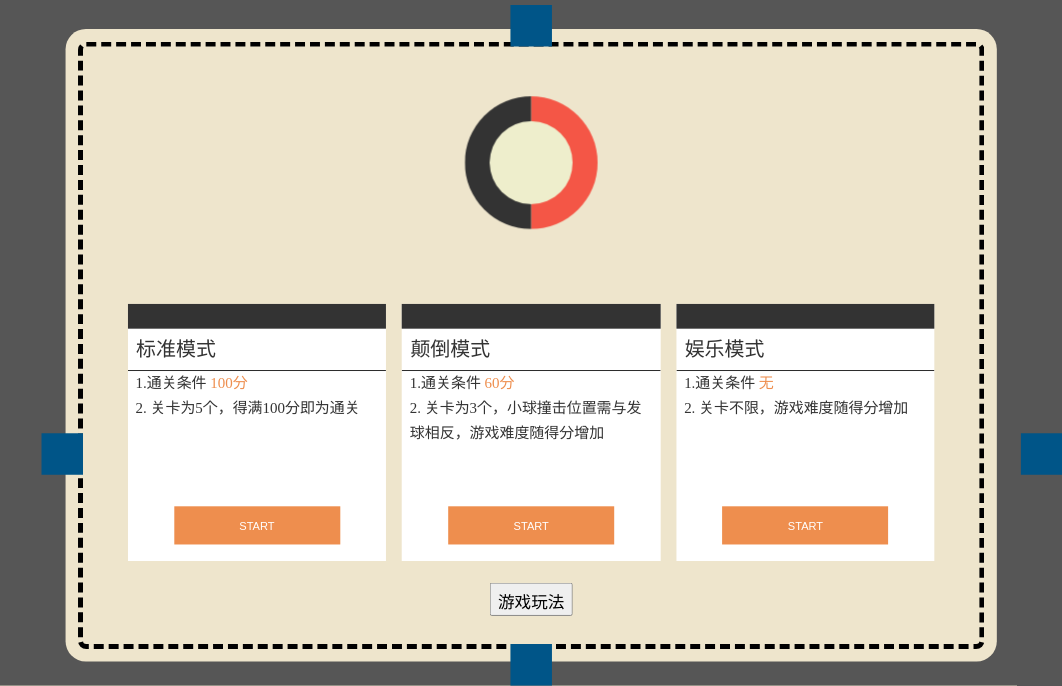
Repository: EEETA/ball-game
Page: theBall2/index.html
The author's editor kept a copy of each file at every save. The page is drawn from the files as they stood at one save, then again after the next save.
The browser window is 1280 px wide. The pictures show the whole page, at 83% of full size.

Above is the page before, as saved 2018-08-02 16:22:56.

### theBall2/index.html
<!DOCTYPE html>
<html lang="en">
<head>
    <meta charset="UTF-8">
    <title>theBall</title>
	<link rel="stylesheet" href="style/index.css">
    <script src="js/jquery-1.8.3.min.js"></script>
	<script src="js/jquery.rotate.min.js"></script>
</head>
<body>
    <section class="box">
        <!-- 旋转div -->
        <section class="ball ballZhuan">
            <div class="redPart_box">
                <div class="redPart"></div>
            </div>
            <div class="blackPart_box">
                <div class="blackPart"></div>
            </div>
            <div class="middlePart"></div>
        </section>
        <div class="ball2"></div>

        <section class="idx_pattern">
            <!-- 主界面-游戏模式 -->
        </section>
        <section class="idx_intro">
            <!-- 主界面-游戏玩法 -->
        </section>

        <section class="game_mask">
        <!-- 游戏界面-娱乐模式遮罩提示层 -->
        </section>
        <div class="arrow">
            <!-- 升级效果 -->
        </div>
        <section class="game_shootBox">
            <!-- 游戏界面-小球发射 -->
        </section>
        <section class="game_fraction">
            <!-- 游戏界面-分数血量显示 -->
        </section>
        <section class="game_hanlder">
            <!-- 游戏界面-结束模块 -->
        </section>
    </div>

    <script src="data/data.js"></script>
    <script>
        const patternLen = pattern.length;
        const idxPattern = document.querySelector('.idx_pattern');
        const idxIntro = document.querySelector('.idx_intro');
        const gameShootBox = document.querySelector('.game_shootBox');
        const gameFraction = document.querySelector('.game_fraction');
        const gameHanlder = document.querySelector('.game_hanlder');
        const gameMask = document.querySelector('.game_mask');
        var my=[];
        /*主界面-游戏模式*/
        for(var i=0;i<patternLen;i++){
            let idxPatternMain=`<div class="playWrap">
                                    <div class="playTit"> ${pattern[i].patternName} </div>
                                    <div class="playIntroduce">
                                        <div class="playIntroduceTxt">1.通关条件 <span style="color:#EE8E4E"> ${pattern[i].explain.condition} </span></div>
                                        <div class="playIntroduceTxt">2. ${pattern[i].explain.produce} </div>
                                    </div>
                                    <button class="start">START</button>
                                </div>`
            idxPattern.innerHTML+=idxPatternMain;
        }
        /*主界面-游戏玩法*/
        let produceTxt=`<div class="introTxt">
                            <div>
                                1.按空格键/AD可旋转 <img src="img/img1.png" alt="" class="sizeOne">
                            </div>
                            <div>
                                2.当<img src="img/img2.png" alt="" class="sizeOne">掉落时,根据模式将 <img src="img/img1.png" alt="" class="sizeOne"> 旋转到对应的颜色即可得1分,反之<span style="color:red">HP-1</span>
                            </div>
                            <div>
                                3.进入游戏后，每个玩家血量为5,右上角为分数面板 <img src="img/img3.png" alt="" class="sizeTwo"> 左侧为当前分数,右侧为当前关卡上限,分数达到上限即可进入下一关
                            </div>
                        </div>
                        <button class="introTxtBtn">游戏玩法</button>`
        idxIntro.innerHTML=produceTxt;



        /*游戏界面-小球发射*/
        let gameShootBoxMain=`<div class="top">
                                    <div class="div_middle"></div>
                                </div>
                                <div class="bottom">
                                    <div class="div_middle"></div>
                                </div>
                                <div class="left">
                                    <div class="div_middle"></div>
                                </div>
                                <div class="right">
                                    <div class="div_middle"></div>
                                </div>`
        gameShootBox.innerHTML+=gameShootBoxMain;
        /*游戏界面-分数血量显示*/
        let gameFractionMain=`<div class="life">HP:
                                    <div class="hp_div">
                                        <div class="hp_div_main"></div>
                                    </div>
                                </div>
                                <div class="fraction">
                                    <span class="fraction_left"></span>
                                    /
                                    <span class="fraction_right"></span>
                                </div>`
        gameFraction.innerHTML=gameFractionMain;
        /*游戏界面-结束模块*/
        let gameHanlderMain=`<div class="interface">
                                <div class="over">Game Over</div>
                                <div class="success">成功通关</div>
                            </div>
                            <div class="button_box">
                                <button class="button_left">再玩一次</button>
                                <button class="button_right">返回大厅</button>
                            </div>`
        gameHanlder.innerHTML=gameHanlderMain;
        /*游戏界面-娱乐模式遮罩提示层*/
        let gameMaskMain=`<div class="Mask_span">
                                <span>按A键向左转</span>
                                <span>按D键向右转</span>
                            </div>
                            <span class="Mask_p">- 按空格键继续 -</span>`
        gameMask.innerHTML=gameMaskMain;
    </script>
    <script src="js/index.js"></script>
    <script src="js/animation.js"></script>
</body>
</html>

### theBall2/style/index.css
@charset "UTF-8";
html{background: #565656;}
body{-webkit-user-select:none;-moz-user-select:none;-ms-user-select:none; user-select:none;}
input{border: none;outline: none;-webkit-tap-highlight-color: #000000;-webkit-tap-highlight-color: rgba(0, 0, 0, 0);}
button{outline: none;}

.box{
    position: relative;
    margin: 50px auto 0;
    /* overflow: hidden; */
    width: 1080px;
    height: 720px;
    background: #eee5cc;
    border: 6px dashed #000;
    box-shadow: 0 0 0 15px #eee5cc;
    border-radius: 10px;
}
/*两种小球制作*/
.ball{
    position: relative;
    width: 160px;
    height: 160px;
    margin:60px auto 0;
    /* transform:rotate(0deg);
    -ms-transform:rotate(0deg);
    -moz-transform:rotate(0deg);
    -webkit-transform:rotate(0deg);
    -o-transform:rotate(0deg); */
    opacity:1
}
.redPart_box,.blackPart_box{
    height: 50%;
    overflow:hidden;
}
.redPart,.blackPart{
    position: relative;
    height: 160px;
    width: 160px;
    border-radius:50%
}
.redPart{background: #f45646;}
.blackPart{background: #333;top:-100%}
/* .redPart{background: #ff9b9b;}
.blackPart{background: #2aa1a7;top:-100%} */
.middlePart{
    position: absolute;
    left: 30px;
    top: 30px;
    width: 100px;
    height:100px;
    border-radius: 50%;
    background:#eec;
}
.ballZhuan{
    animation-name:rotate;
    animation-iteration-count: infinite;
    animation-duration: 4s;
    animation-timing-function: linear;
}
@keyframes rotate{
    0%{
        transform:rotate(0deg)
    }
    100%{
         transform:rotate(360deg)
    }
}



.div_middle{
    position: relative;
    margin: 0 auto;
    width: 50px;
    height: 50px;
    background: #058;
}
.div_ball{
    position: absolute;
    width: 50px;
    height:50px;
    background:#f45646;
    border-radius: 50%;
    top: 0;
    left: 0;
}
.ball_middle{
    height: 75px;
    width:75px;
    border-radius: 50%;
    background: #333;
    opacity:0.5;
    position: absolute;
    top: calc(50% - 37px);
    left:calc(50% - 37px);
}
.top,.bottom{position: absolute;left:0;right:0;}
.left,.right{position: absolute;top:50%;bottom:0;}
.left{left: -50px}
.right{right: -50px}
.top{top: -50px}
.bottom{bottom:-50px}
.left .div_middle,.right .div_middle{position: absolute;top: 106px;}

.game_fraction{
    width: 100%;
    height: 80px;
    top:50px;
    position: absolute;
    display: none;
}
.life{width: 60%;height: 100%;display: inline-block;line-height: 80px;text-indent: 10px;color:#f00;}
.fraction{width: 30%;height: 100%;text-align: center;line-height: 80px;float: right;margin-right: 10px;font-size: 30px;}
.fraction span{color:#333;}
.firworks{width: 4px;height: 4px;position: absolute;border-radius: 50%}
.over,.success{position: absolute;top:43%;font-size: 60px;opacity:0;z-index: 30;width: 100%;text-align: center;}
.arrow{height: 300px;width: 500px;position: absolute;top: calc(50% - 150px);left: calc(50% - 250px);}
.arrow span{font-size: 30px;color: #333;position: absolute;left: calc(50% - 145px);top: 150px;opacity: 0;height: 100px;width: 300px;text-align: center;}
 .img{height:80px;width: 30px;position: absolute;}

.ball2{
    width: 0;
    height: 0;
    border-top:20px solid #f45646;
    border-bottom: 20px solid #333;
    border-left:20px solid #efa97a;
    border-right:20px solid #6dd3ce;
    border-width: 86px;
    position: absolute;
    top: calc(50% - 90px);
    left: calc(50% - 85px);
    opacity: 0;
    /* z-index: 10;
    transform:rotate(0deg); */
    /* border-radius: 50%; */
}

.button_box{
    position: absolute;
    left:0;
    right:0;
    bottom:45px;
    margin:0 auto;
    width: 380px;
    display: none;
    opacity: 0;
}
.button_left,.button_right{
    height: 46px;
    width: 150px;
    background:#333;
    border-radius:3px;
    font-size: 24px;
    color:#fff;
    cursor:pointer;
    border:none;
}
.button_left:hover,.button_right:hover{background: #f45646;}
.button_left{float:left;}
.button_right{float:right;}


/************************************游戏玩法***********************************/
.introTxtBtn{
    position: absolute;
    bottom: 34px;
    font-size: 20px;
    cursor:pointer;
    z-index: 1000;
    left: calc(50% - 50px);
    height: 40px;
    width: 100px;
    text-align: center;
    line-height: 40px
}
.introTxtBtn:hover{
    background: #333;
    color: #fff;
}
.introTxt{
    width: 500px;
    height: 530px;
    left: calc(50% - 250px);
    top: calc(50% - 300px);
    line-height: 40px;
    background: #fff;
    border-radius: 5px;
    display: none;
    z-index: 1001;
    position: absolute;
}
.sizeOne,.sizeTwo{
    position:relative;
    top: 10px;
}
.sizeOne{width: 40px;}
.sizeTwo{width: 80px;}
.introTxt div{margin:30px auto;width: 90%;font-size: 24px}
.introTxt p{display: inline-block;}



.hp_div{display: inline-block;width: 180px;height: 40px;border:1px solid red;vertical-align:middle;border-radius: 4px;}
.hp_div_main{height: 100%;width: 100%;background: red;border-radius: 3px;}


.game_mask{
    display: none;
    position: absolute;
    width: 100%;
    height: 100%;
    top: 0;
    left: 0;
    background: rgba(51,51,51,.5);
    font-size: 30px;
    color: #fff;
    z-index: 1;
}
.Mask_span{
    position: absolute;
    top:calc(50% - 100px);
    opacity: 1;
    width: 100%;
    text-align: center;
    line-height: 100px;
}
.Mask_span span{
    display: block;
}
.Mask_p {
    position: absolute;
    bottom: 150px;
    width: 100%;
    text-align: center;
    font-size:40px;
    color: #000;
    animation-name:opacity;
    animation-iteration-count: infinite;
    animation-duration: 1.8s;
}
@keyframes opacity{
    0%{
        opacity:0
    }
    50%{
        opacity: 1
    }
    100%{
        opacity:0
    }
}


/*playFour*/
.idx_pattern{
    overflow:auto;
    position: relative;
    margin: 0 auto;
    width: 90%;
    margin-top: 90px;
}
.playWrap{
    overflow: hidden;
    position: relative;
    float:left;
    width: 32%;
    height: 280px;
    background:#fff;
    color:#333;
    border-top: 30px solid;
}
.playWrap:nth-child(2){margin: 0 2%;}
.playWrap:hover{
    background: rgba(255,255,255,.7)
}
.playTit{
    /* width: 100%; */
    border-bottom: 1px solid #000;
    font-size: 24px;
    line-height: 50px;
    text-indent: 10px;
}
.playIntroduce{
    font-size: 18px;
    text-align: left;
    line-height: 30px;
    margin: 0 auto;
    width: 94%;
}
.start{
    position:absolute;
    bottom:0;
    left:0;
    right:0;
    width: 200px;
    height: 46px;
    background: #EE8E4E;
    color: #fff;
    outline: none;
    margin: 0 auto 20px;
    cursor: pointer;
    border: none;
}
.start:hover{background: rgba(51,51,51,1)}

### theBall2/data/data.js

/*
patternName：模式名称
explain：游戏说明
condition：过关条件
produce：关卡介绍
tip：其他
*/
var pattern=[
    {
        patternName:'标准模式',
        explain:{
            condition:'100分',
            produce:'关卡为5个，得满100分即为通关',
            tip:''
        }
    },
    {
        patternName:'颠倒模式',
        explain:{
            condition:'60分',
            produce:'关卡为3个，小球撞击位置需与发球相反，游戏难度随得分增加',
            tip:''
        }
    },
    {
        patternName:'娱乐模式',
        explain:{
            condition:'无',
            produce:'关卡不限，游戏难度随得分增加',
            tip:''
        }
    }
]
var gameInit=[
    {
        hp:1,
        hp_box:10,
        fraction:0,
        toplimit:10,

    }
]
// var gameHanlder={
//     gameOver="Game Over",
//     gameSuccess="游戏通关",
// }

### theBall2/js/animation.js


// 抖动效果
jQuery.fn.shake = function (intShakes /*Amount of shakes*/, intDistance /*Shake distance*/, intDuration /*Time duration*/) {
    this.each(function () {
        var jqNode = $(this);
        jqNode.css({ position: 'relative' });
        for (var x = 1; x <= intShakes; x++) {
            jqNode.animate({ left: (intDistance * -1) }, (((intDuration / intShakes) / 4)))
            .animate({ left: intDistance }, ((intDuration / intShakes) / 2))
            .animate({ left: 0 }, (((intDuration / intShakes) / 4)));
        }
    });
    return this;
}

/*撞击成功*/
success=function(r,borderSpacing){
    switch_1=1;
    $('<div class="ball_middle" style="background-color:'+$(r).css('background-color')+';display:block"></div>').appendTo(box);
    $('.ball_middle').animate({ borderSpacing:borderSpacing },{
            step:function(now){
                $(this).css('transform','scale('+now+','+now+')')
            },
            duration:200
        }
    );
    $('.ball_middle').animate({opacity:'0'},200,function(){
        this.remove();
    });
    $(r).remove();

    fractionNow++;
    $('.fraction_left').html(fractionNow);
}

fail=function(r){   //撞击失败
    switch_1=1;
    for(var i=0;i<20;i++){
        var firworks=$('<div class="firworks"></div>');
        var b=new boom(firworks,$(r).offset().left,$(r).offset().top,$(r).css('background-color'));
        b.move();
    }
    $(r).remove();
	hp--;
    fail_hp=hp*100/hp_box;
    $('.hp_div_main').animate({width:fail_hp+"%"},500);
}

boom=function(div,x,y,color){  //爆炸效果
        $('body').append(div);
        $(div).css({
            left:x+'px',
            top:y+'px',
            background:color
        });
        var speedX = (parseInt(Math.random()*2) == 0 ? 1 : -1)*parseInt(Math.random()*16 + 1);  //三目运算符随机移动方向，概率50%,为1时往正方向移动，负1时往反方向移动第二个随机数随机速度快慢
        var speedY = (parseInt(Math.random()*2) == 0 ? 1 : -1)*parseInt(Math.random()*20 + 1);

        this.move=function(){
            var i = 3;
            var time=setInterval(function(){
            i++;
            $(div).css({
                left:div[0].offsetLeft+speedX+'px',
                top:div[0].offsetTop+speedY+i+'px',
            })
            if(div[0].offsetLeft+div[0].offsetWidth>window.innerWidth|| div[0].offsetLeft<2 || div[0].offsetTop+div[0].offsetHeight>window.innerHeight || div[0].offsetTop<2 ){
                    div.remove();       //移动出可视区域记得删除div和清除定时器
                    clearInterval(time);
                }
            },1000/30)
        }
}

callarrow=function(arrow_html){  //初始化提升动画
    for(var i=0;i<10;i++){
            var a=new addarrow(i);
            a.move();
        }

    $('.arrow').append('<span>'+arrow_html+'</span>');
    $('.arrow span').animate({top:'0',opacity:1},600,function(){$(this).animate({opacity:0},800,function(){this.remove()})});

}

 addarrow=function(i){  //难度提升动画
        var leftnum=parseInt(Math.random()*500);
        var topnum=parseInt(Math.random()*400);
        var arrow=$(' <img src="img/Arrow.png" class="img">');
        var now=(Math.random()*1.1+0.75).toFixed(2);

        $('.arrow').append(arrow);
        $('.img')[i].style.cssText="top:"+topnum+"px;left:"+leftnum+"px;transform:scale("+now+","+now+")";

        this.move=function(i){
            $('.img').animate({top:'-100',opacity:'0'},700,function(){
                this.remove();
            });
        }
}
endarrow=function(innertHTML,time){
    $('.arrow').append('<span>'+innertHTML+'</span>');
    setTimeout(function(){$('.arrow span').animate({top:'0',opacity:1},1000,function(){$(this).animate({opacity:0},1500,function(){this.remove()})})},time);
}

rotate_transition=function(ball,ball2){
    $(ball).rotate({
            animateTo: 180,
            duration:300,
        }
    );
    $(ball).animate({opacity:'0'},600);
    $(ball2).animate({opacity:'1'},600);
    $(ball2).rotate({
            animateTo:-360,
            duration:600
    });
}

movejudge=function(r,rou,red,qing,black,num,numberMode){
    numbox=numList;
    if(numList>0){
        numbox=negative;
    }
    if($(r).css('background-color')=='rgb(239, 169, 122)' && numbox%360==rou){  //肉
        success(r,num);
    }else if($(r).css('background-color')=='rgb(244, 86, 70)' && numbox%360==red){  //红
        success(r,num);
    }else if($(r).css('background-color')=='rgb(109, 211, 206)' && numbox%360==qing){  //青
        success(r,num);
    }else if($(r).css('background-color')=='rgb(51, 51, 51)' && numbox%360==black){  //黑
        success(r,num);
    }else{fail(r)};

    appendball(numberMode);
    $(r).stop();
}

// Mask=function(){
//     $('.game_mask').fadeIn(300);
//     $('.Mask_p').fadeIn(800);
//     $('.Mask_span').fadeIn(800);
//     // $('.Mask_p').addClass('play');
// }


box_animation=function(height,width,speed){
    speed = speed||1000;
    $('.box').animate(
        {
            width:width+'px',
            height:height+'px',
        },
        {
            duration:speed,
        }
  	);
}

Loaded but not shown: theBall2/js/jquery-1.8.3.min.js (library); theBall2/js/jquery.rotate.min.js (library); theBall2/js/index.js (338 lines, source omitted)

After the next save:
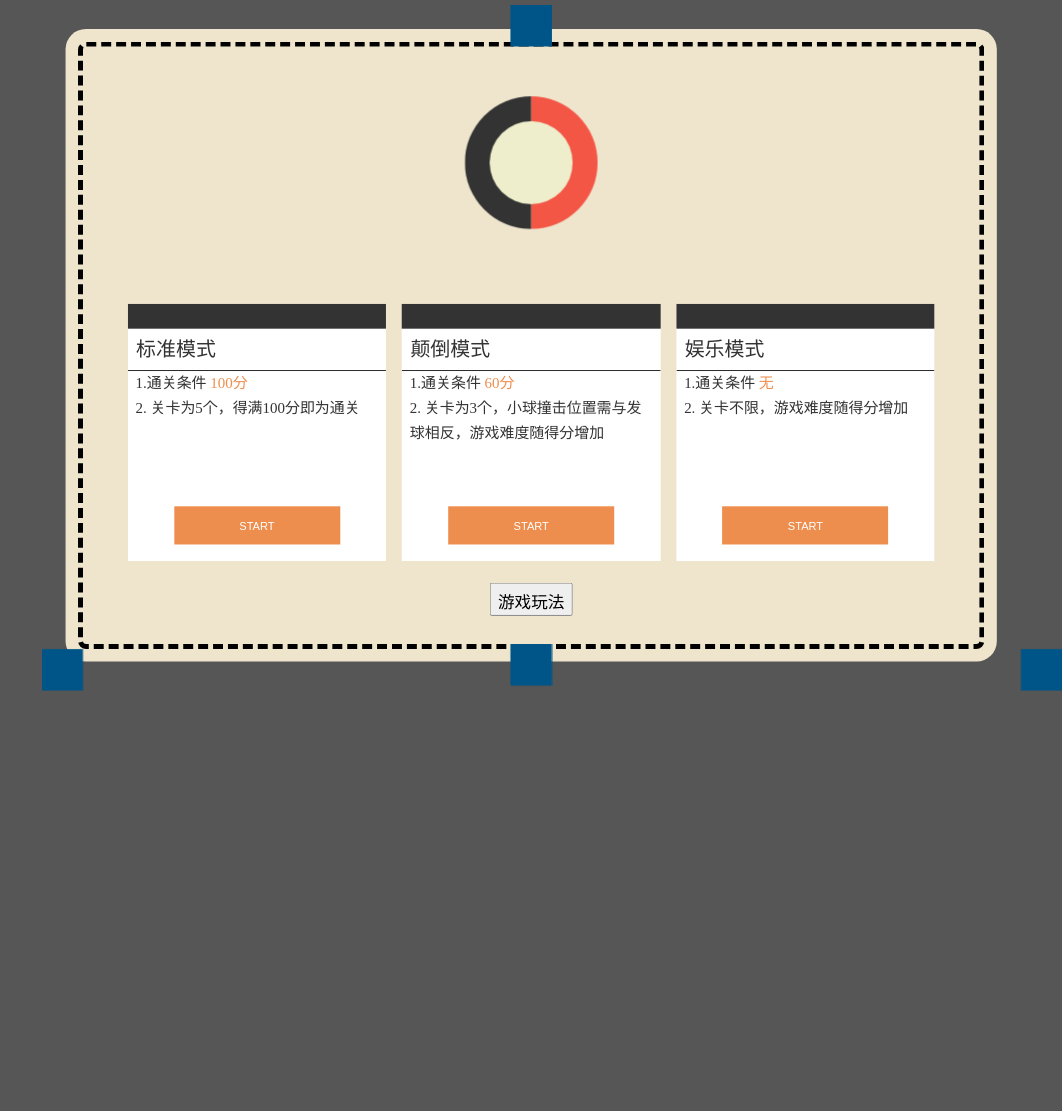
Saved 15 s later.
--- a/theBall2/style/index.css
+++ b/theBall2/style/index.css
@@ -95,7 +95,7 @@ button{outline: none;}
     left:calc(50% - 37px);
 }
 .top,.bottom{position: absolute;left:0;right:0;}
-.left,.right{position: absolute;top:50%;bottom:0;}
+.left,.right{position: absolute;height: 662px;}
 .left{left: -50px}
 .right{right: -50px}
 .top{top: -50px}
